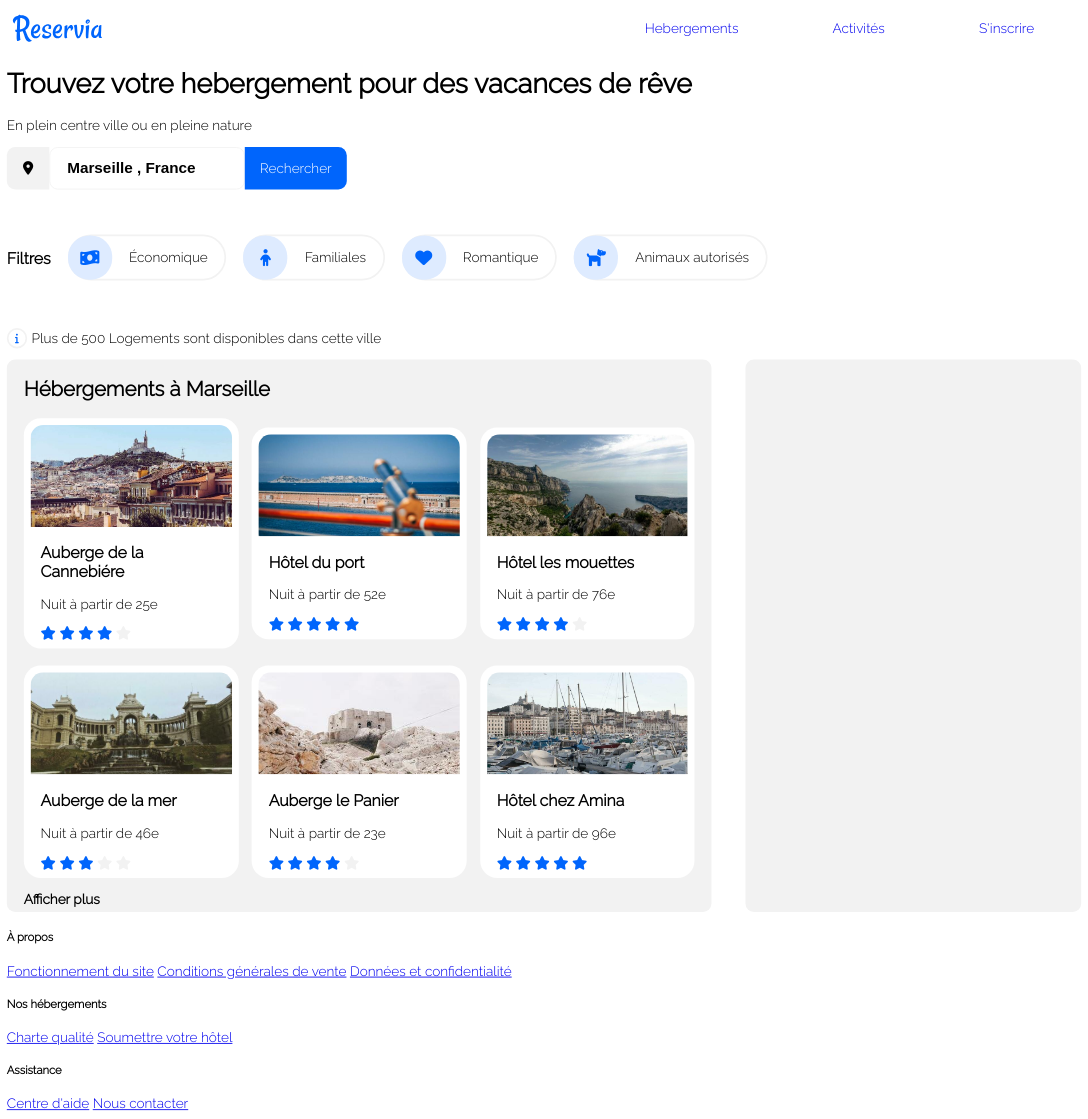
Repository: jaydeeonghub/DYLANBARBARISI_2_16062021
Page: index.html
The author's editor kept a copy of each file at every save. The page is drawn from the files as they stood at one save, then again after the next save.
The browser window is 1280 px wide. The pictures show the whole page, at 85% of full size.
Some web libraries are served in a nearby version.

Above is the page before, as saved 2021-07-14 19:01:34.

After the next save:
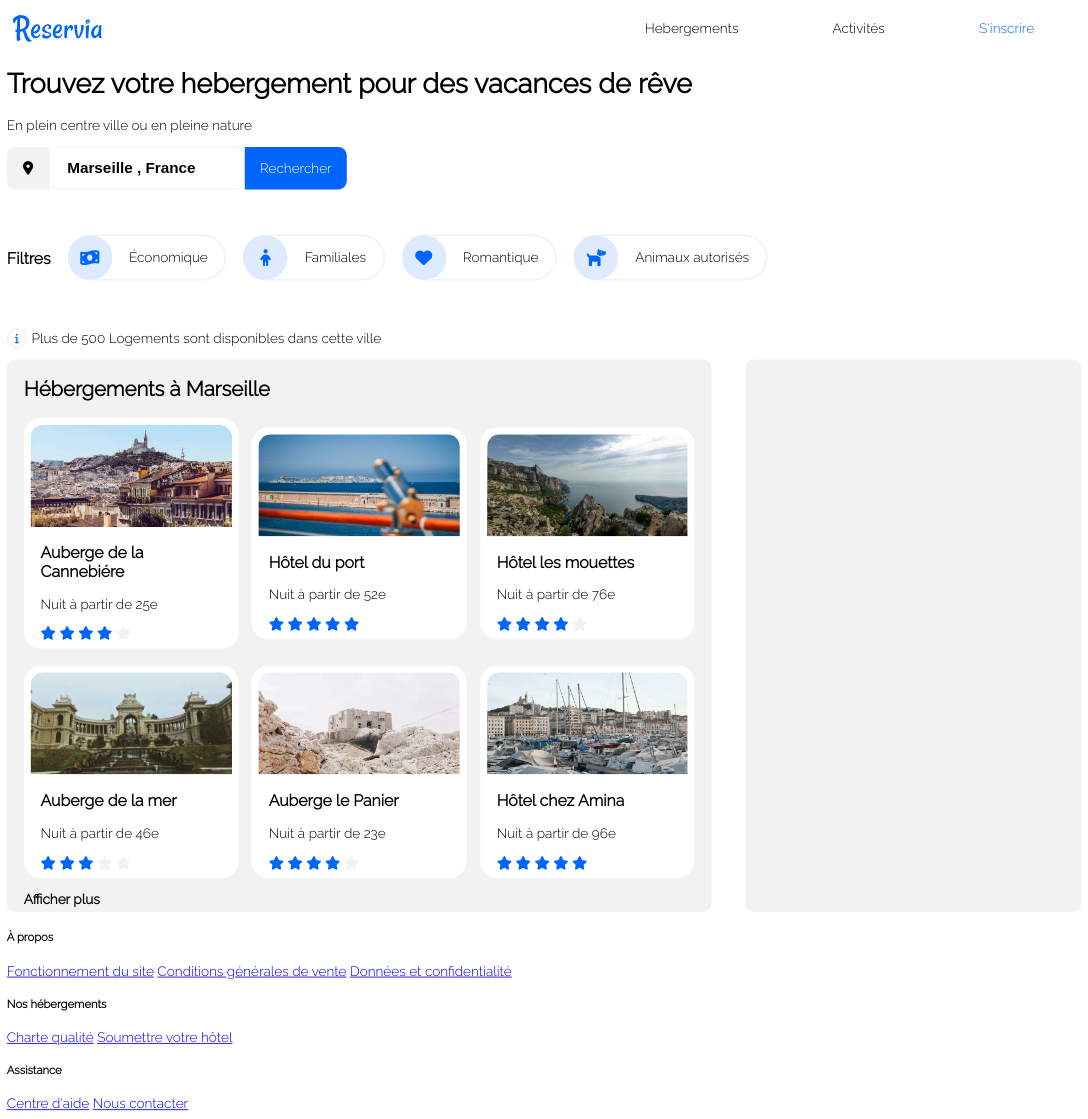
Saved 5 min 5 s later.
--- a/index.html
+++ b/index.html
@@ -21,9 +21,9 @@
              height="50px"
         />
 <div class="LiensNav flexAround">
-        <div><a class="LiensColor1 decorationNone" href="#Hebergements">Hebergements</a></div>
-        <div><a class="LiensColor2 decorationNone" href="#Activités">Activités</a></div>
-        <div><a class="LiensColor1 decorationNone" href="#S'inscrire">S'inscrire</a></div>
+        <div><a class="colorLien2 decorationNone" href="#Hebergements">Hebergements</a></div>
+        <div><a class="colorLien2 decorationNone" href="#Activités">Activités</a></div>
+        <div><a class="colorBleu decorationNone" href="#S'inscrire">S'inscrire</a></div>
     </div>
     </header>
 <main>
